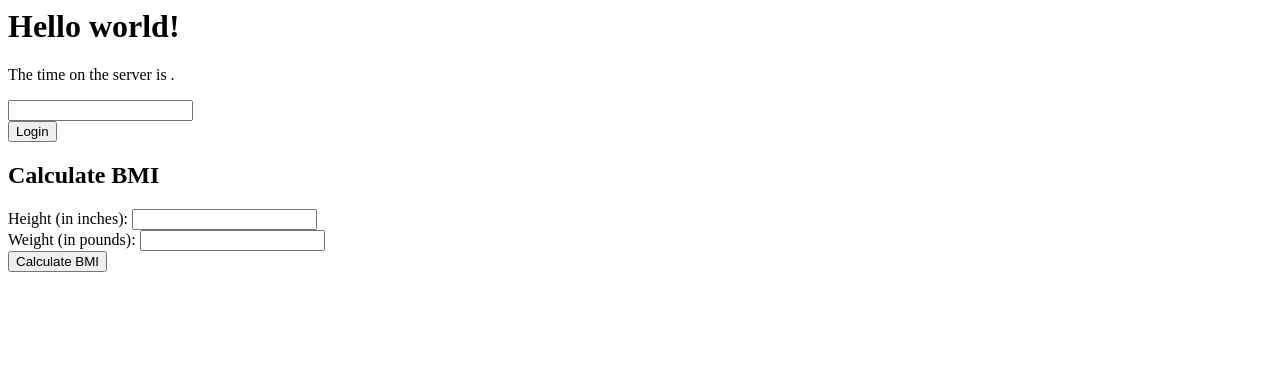
Repository: arivu0356/SpringMVC
Page: http://localhost/spring/WEB-INF/views/home.jsp
An editor plug-in stored every save of this project. The page is shown before and after the next save, followed by the edit.
The browser window is 1280 px wide. The pictures show the whole page.
The page is served by Tomcat 9. Nobody is signed in. Other server files are loaded and not shown. The template is opened directly, without the code that normally fills it, so the values that code supplies are empty.

Above is the page before, as saved 2024-02-16 01:29:15.

### spring/src/main/webapp/WEB-INF/views/home.jsp
<%@ page language="java" contentType="text/html; charset=UTF-8"
	pageEncoding="UTF-8"%>
<%@ page session="false"%>
<html>
<head>
<title>Home</title>
</head>
<body>
	<h1>Hello world!</h1>

	<P>The time on the server is ${serverTime}.</p>

	<form action="user" method="post">
		<input type="text" name="userName"><br> <input
			type="submit" value="Login">
	</form>

	    <h2>Calculate BMI</h2>
    <form action="/bmi" method="post">
        Height (in inches): <input type="text" name="height"><br>
        Weight (in pounds): <input type="text" name="weight"><br>
        <input type="submit" value="Calculate BMI">
    </form>


</body>
</html>

After the next save:
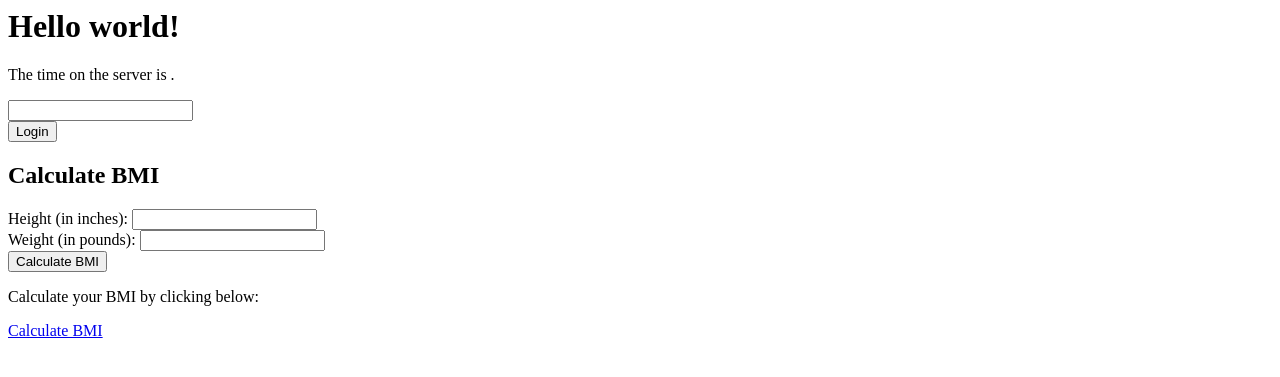
Saved 74 s later.
--- a/spring/src/main/webapp/WEB-INF/views/home.jsp
+++ b/spring/src/main/webapp/WEB-INF/views/home.jsp
@@ -21,7 +21,8 @@
         Weight (in pounds): <input type="text" name="weight"><br>
         <input type="submit" value="Calculate BMI">
     </form>
-
+	    <p>Calculate your BMI by clicking below:</p>
+    <a href="bmiInput">Calculate BMI</a>
 
 </body>
 </html>
